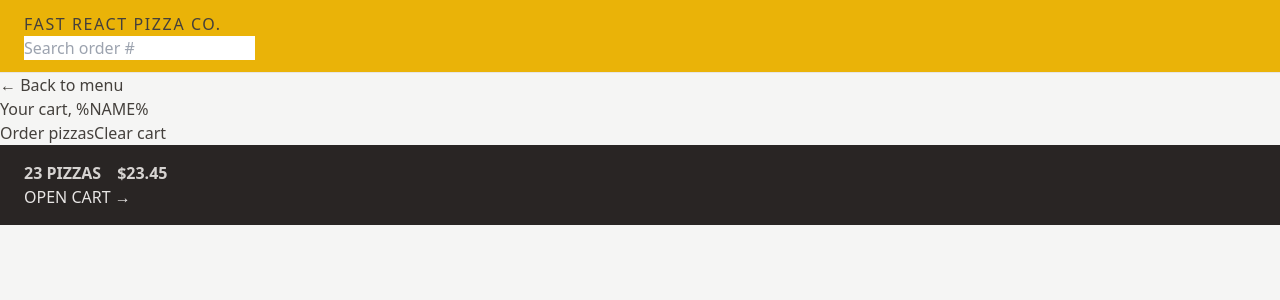
Repository: masamichan/pizza-vite
Page: /cart
These files come from the project's save history. The page is drawn as it stood at one moment and after the next save; the edit follows.
The browser window is 1280 px wide. The pictures show the whole page.
The project was rebuilt for these pictures with package versions that can differ from the ones it lists, and the page was loaded fresh each time. Also part of the build but not shown: vite.config.js, src/ui/Home.jsx, src/services/apiRestaurant.js, src/utils/helpers.js, src/features/menu/MenuItem.jsx, src/features/menu/Menu.jsx, src/features/order/CreateOrder.jsx, src/features/order/Order.jsx and 2 more. Imported but missing from the stored project, and not drawn on this page: src/features/user/CreateUser.

Above is the page before, as saved 2023-12-22 09:51:49.

### src/App.jsx
import { RouterProvider, createBrowserRouter } from "react-router-dom"
import Home from './ui/Home'
import Menu, {loader as menuLoader} from './features/menu/Menu';
import Cart from './features/cart/Cart';
import CreateOrder, {action as createOrderAction} from './features/order/CreateOrder';
import Order, {loader as orderLoader} from "./features/order/Order"
import AppLayout from "./ui/AppLayout";
import Error from "./ui/Error"

const router = createBrowserRouter([
  {
    element: <AppLayout />,
    errorElement: <Error />,
    children: [
  { path: "/", element: <Home/>},
  { path: "/menu", element: <Menu />, loader: menuLoader, errorElement: <Error />},
  {path: "/cart",element: <Cart />},
  {path: "/order/new",element: <CreateOrder />, action: createOrderAction},
  {path: "/order/:orderId", element: <Order />, loader: orderLoader, errorElement: <Error />}
    ],
  },
])




function App() {
  return <RouterProvider router={router} />
}

export default App

### src/ui/AppLayout.jsx
import Header from "./Header"
import Loader from './Loader'
import { Outlet, useNavigation } from "react-router-dom"
import CartOverview from "../features/cart/CartOverview"


function AppLayout() {
  const navigation = useNavigation()
  const isLoading = navigation.state === "loading"
  return (
    <div className="layout">
    {isLoading && <Loader />}

    <Header />
    <main>
      <Outlet />
    </main>
    <CartOverview/>
    </div>
  )
}

export default AppLayout

### src/ui/Header.jsx
import { Link } from 'react-router-dom';
import SearchOrder from '../features/order/SearchOrder';
import UserName from '../features/user/UserName';

function Header() {
  return (
    <header className="border-b border-stone-200 bg-yellow-500 px-4 py-3 uppercase sm:px-6">
      <Link to="/" className="tracking-widest">
        Fast React Pizza Co.
      </Link>
      <SearchOrder />
      <UserName />
    </header>
  );
}

export default Header;

### src/features/cart/CartOverview.jsx
import { Link } from 'react-router-dom';

function CartOverview() {
  return (
    <div className="bg-stone-800 px-4 py-4 uppercase text-stone-200 sm:px-6">
      <p className="sm-space-x-6 space-x-4 font-semibold text-stone-300">
        <span>23 pizzas</span>
        <span>$23.45</span>
      </p>
      <Link to="/cart">Open cart &rarr;</Link>
    </div>
  );
}

export default CartOverview;

### src/features/order/SearchOrder.jsx
import { useState } from "react"
import { useNavigate } from "react-router-dom";

function SearchOrder() {

  const[query, setQuery] = useState('')
  const navigate = useNavigate()

  function handleSubmit(e) {
    e.preventDefault();
    if(!query) return;
    navigate(`/order/${query}`)
    setQuery("");
  }

  return (
    <form onSubmit={handleSubmit}>
      <input
      placeholder="Search order #"
      value={query}
      onChange={(e) => setQuery(e.target.value)}
      />
    </form>
  )
}

export default SearchOrder

### src/features/user/UserName.jsx

function UserName() {
  return (
    <div className="text-sm hidden font-semibold">Masami</div>
  )
}

export default UserName

Loaded but not shown: index.html (common file); src/main.jsx (common file); src/index.css (common file); src/features/cart/Cart.jsx (common file); tailwind.config.js (common file)

After the next save:
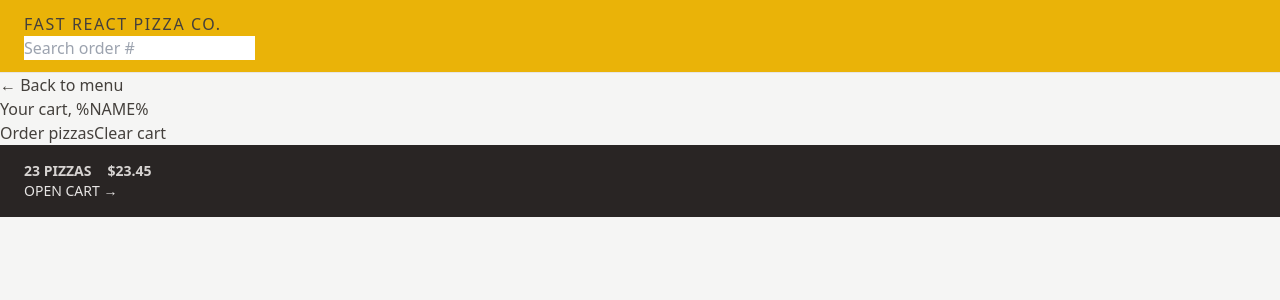
Saved 2 min 48 s later.
--- a/src/features/cart/CartOverview.jsx
+++ b/src/features/cart/CartOverview.jsx
@@ -2,7 +2,7 @@
 
 function CartOverview() {
   return (
-    <div className="bg-stone-800 px-4 py-4 uppercase text-stone-200 sm:px-6">
+    <div className="bg-stone-800 px-4 py-4 text-sm uppercase text-stone-200 sm:px-6">
       <p className="sm-space-x-6 space-x-4 font-semibold text-stone-300">
         <span>23 pizzas</span>
         <span>$23.45</span>

After the save that followed:
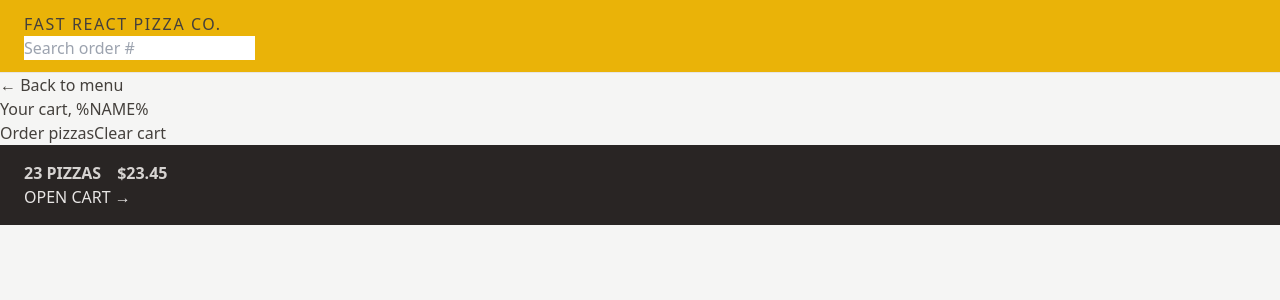
Saved 64 s later.
--- a/src/features/cart/CartOverview.jsx
+++ b/src/features/cart/CartOverview.jsx
@@ -2,7 +2,7 @@
 
 function CartOverview() {
   return (
-    <div className="bg-stone-800 px-4 py-4 text-sm uppercase text-stone-200 sm:px-6">
+    <div className="bg-stone-800 px-4 py-4 text-sm uppercase text-stone-200 sm:px-6 md:text-base">
       <p className="sm-space-x-6 space-x-4 font-semibold text-stone-300">
         <span>23 pizzas</span>
         <span>$23.45</span>
